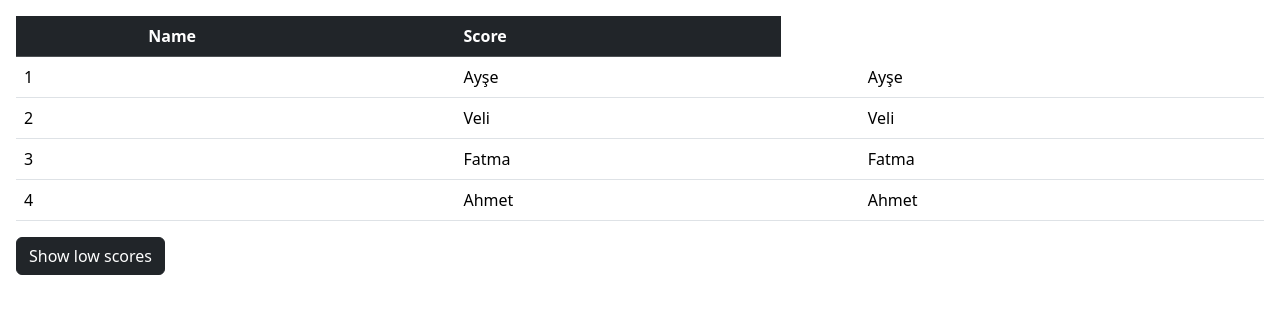
Repository: GorkemTurhan89/jsTutorial
Page: day17/70-dom-2.html
These files come from the project's save history. The page is drawn as it stood at one moment and after a run of saves; the edit follows.
The browser window is 1280 px wide. The pictures show the whole page.

Above is the page before, as saved 2024-06-22 12:44:28.

After the next 3 saves:
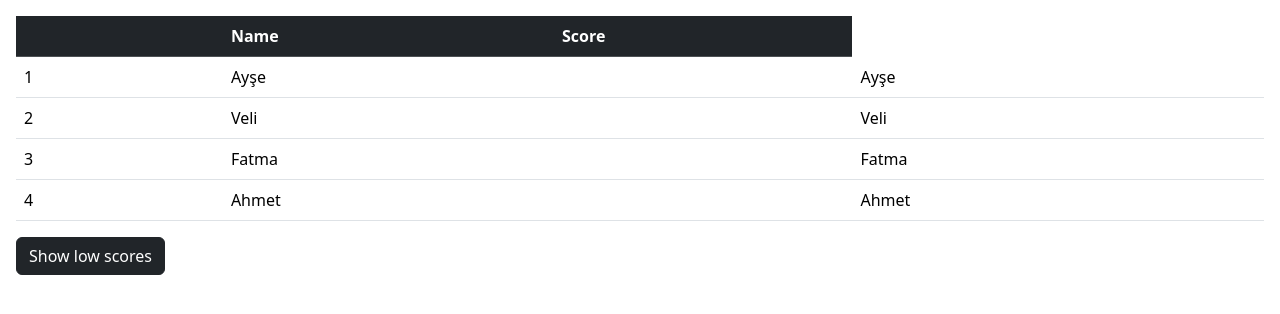
The 3 saves are shown as one change because they came seconds apart.
The last was saved 57 min 38 s later.
--- a/day17/70-dom-2.html
+++ b/day17/70-dom-2.html
@@ -11,6 +11,7 @@
     <table id="tblStudents" class="table">
         <thead class="table-dark">
             <tr>
+                <th></th>
                 <th></th>
                 <th>Name</th>
                 <th>Score</th>
